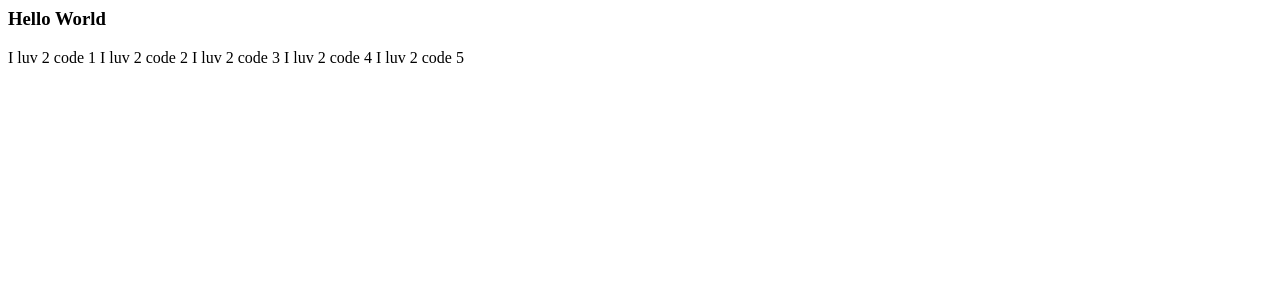
Repository: Ajinkya7777/Spring_Core
Page: http://localhost/jspdemo/scriptlettest.jsp
An editor plug-in stored every save of this project. The page is shown before and after the next save, followed by the edit.
The browser window is 1280 px wide. The pictures show the whole page.
The page is served by Tomcat 9. Other server files are loaded and not shown.

Above is the page before, as saved 2023-01-20 10:38:57.

### eclipse-workspace/jspdemo/WebContent/scriptlettest.jsp
<html>
<body>

<h3>Hello World</h3>

<%

for(int i=1;i<6;i++){
	out.println("I luv 2 code "+i);
}

%>
</body>
</html>

After the next save:
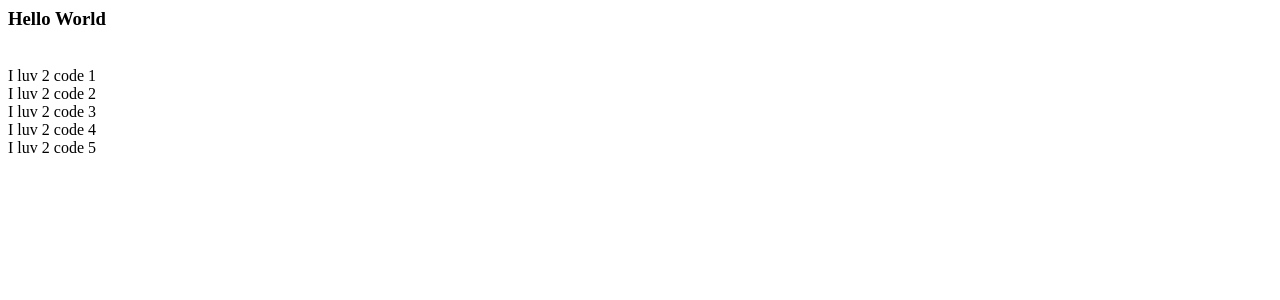
Saved 25 s later.
--- a/eclipse-workspace/jspdemo/WebContent/scriptlettest.jsp
+++ b/eclipse-workspace/jspdemo/WebContent/scriptlettest.jsp
@@ -6,7 +6,7 @@
 <%
 
 for(int i=1;i<6;i++){
-	out.println("I luv 2 code "+i);
+	out.println("</br>I luv 2 code "+i);
 }
 
 %>
